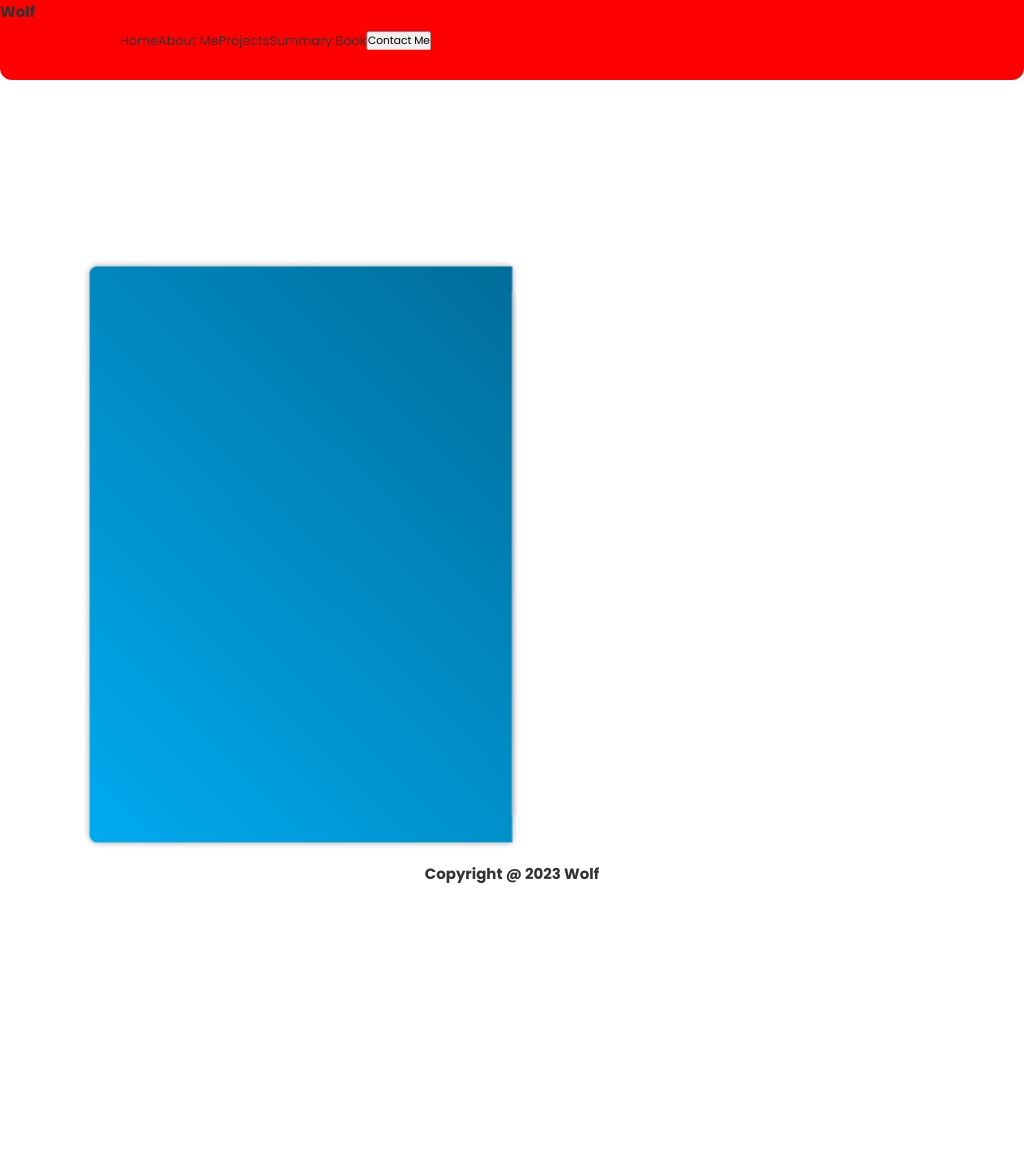
Repository: Ego-Wolf/Portfolio
Page: index.html
These files come from the project's save history. The page is drawn as it stood at one moment and after the next save; the edit follows.
The browser window is 1280 px wide. The pictures show the whole page, at 80% of full size.
Pictures or frames that could not be fetched are drawn as grey boxes.

Above is the page before, as saved 2023-12-14 16:47:33.

### index.html
<!DOCTYPE html>
<html lang="en">
<head>
    <meta charset="UTF-8">
    <meta name="viewport" content="width=device-width, initial-scale=1.0">
    <title>3D Portfolio Websites</title>
    <link rel="stylesheet" href="./style.css">
    <!-- Box icons -->
    <link href='https://unpkg.com/boxicons@2.1.4/css/boxicons.min.css' rel='stylesheet'>
    <!-- Google Font -->
    <link rel="preconnect" href="https://fonts.googleapis.com">
    <link rel="preconnect" href="https://fonts.gstatic.com" crossorigin>
    <link href="https://fonts.googleapis.com/css2?family=Josefin+Sans:wght@300;400;500;600;700&family=Poppins:wght@300;400;500;600;700;800;900&display=swap" rel="stylesheet">

</head>
<body>
    <div class="section">
        <!-- Header -->
        <div class="header">
            <img src="" alt=""><h3>Wolf</h3>
            <ul>
                <li>Home</li>
                <li>About Me</li>
                <li>Projects</li>
                <li>Summary Book</li>
                <li><button>Contact Me</button></li>
            </ul>
        </div>

        <!-- Book section -->
        <div class="wrapper">
            <div class="cover cover-left"></div>
            <div class="cover cover-right"></div>

            <div class="book">
                <!-- Profile page -->
                <div class="book-page page-left">
                    <div class="profile-page">
                        <img src="./assets/character-1.jpg" alt="Sorry about the our services">
                        <h1>Steve Victor</h1>
                        <h3>Web Developer</h3>

                        <div class="social-media">
                            <a href="#"><i class='bx bxl-facebook'></i></a>
                            <a href="#"><i class='bx bxl-twitter' ></i></a>
                            <a href="#"><i class='bx bxl-linkedin' ></i></a>
                            <a href="#"><i class='bx bxl-instagram-alt'></i></a>
                        </div>

                        <p>Hi, I'm Steve Victor, a Web Developer. Lorem, ipsum dolor sit amet consectetur adipisicing elit. Quae quibusdam asperiores, voluptas magnam enim amet officiis aut quis recusandae illum possimus delectus mollitia id sed atque, harum et sunt architecto.</p>

                        <div class="btn-box">
                            <a href="#" class="btn">Download CV</a>
                            <a href="#" class="btn contact-me">Contact Me</a>
                        </div>
                    </div>
                </div>

                <!-- Page 1 & 2 -->
                <div class="book-page page-right turn" id="turn-1">
                    <!-- Page 1 (work experience) -->
                    <div class="page-front">
                        <h1 class="title">Work Experience</h1>
                        <div class="work-education-box">
                            <div class="work-education-content">
                                <span class="year"><i class='bx bxs-calendar'></i>2020 - 2021</span>
                                <h3>Web Developer - Company</h3>
                                <p>Lorem ipsum dolor sit amet consectetur adipisicing elit. Consequatur a delectus similique dolore, laudantium, autem iure aspernatur ratione error!</p>
                            </div>

                            <div class="work-education-content">
                                <span class="year"><i class='bx bxs-calendar'></i>2020 - 2021</span>
                                <h3>Web Developer - Company</h3>
                                <p>Lorem aspernatur ratione error consequuntur veniam tenetur ipsum in nemo repellat eveniet fugit eius vel!</p>
                            </div>

                            <div class="work-education-content">
                                <span class="year"><i class='bx bxs-calendar'></i>2020 - 2021</span>
                                <h3>Web Developer - Company</h3>
                                <p>Lorem ipsum dolor sit amet consectetur adipisicing elit. Consequatur a delectus similique dolore, laudantium, autem iure aspernatur ratione error consequuntur veniam tenetur ipsum in nemo repellat eveniet fugit eius vel!</p>
                            </div>
                        </div>

                        <span class="number-page">1</span>
                        <!-- Next button -->
                        <div class="nextprev-btn" data-page="turn-1">
                            <i class='bx bx-chevron-right'></i>
                        </div>
                    </div>

                    <!-- Page 2 (education) -->
                    <div class="page-back">
                        <h1 class="title">Education</h1>
                        <div class="work-education-box">
                            <div class="work-education-content">
                                <span class="year"><i class='bx bxs-calendar'></i>2020 - 2021</span>
                                <h3>Web Developer - Company</h3>
                                <p>Lorem ipsum dolor sit amet consectetur adipisicing elit. Consequatur a delectus similique dolore, laudantium, autem iure aspernatur ratione error!</p>
                            </div>

                            <div class="work-education-content">
                                <span class="year"><i class='bx bxs-calendar'></i>2020 - 2021</span>
                                <h3>Web Developer - Company</h3>
                                <p>Lorem aspernatur ratione error consequuntur veniam tenetur ipsum in nemo repellat eveniet fugit eius vel!</p>
                            </div>

                            <div class="work-education-content">
                                <span class="year"><i class='bx bxs-calendar'></i>2020 - 2021</span>
                                <h3>Web Developer - Company</h3>
                                <p>Lorem ipsum dolor sit amet consectetur adipisicing elit. Consequatur a delectus similique dolore, laudantium, autem iure aspernatur ratione error consequuntur veniam tenetur ipsum in nemo repellat eveniet fugit eius vel!</p>
                            </div>
                        </div>

                        <span class="number-page">2</span>
                        <!-- Prev button -->
                        <div class="nextprev-btn back" data-page="turn-1">
                            <i class='bx bx-chevron-left'></i>
                        </div>
                    </div>
                </div>

                <!-- Page 3 & 4 -->
                <div class="book-page page-right turn" id="turn-2">
                    <!-- Page 3 (my services) -->
                    <div class="page-front">
                        <h1 class="title">My Services</h1>
                        <div class="services-box">
                            <div class="services-content">
                                <i class='bx bx-code-alt' ></i>
                                <h3>Web Development</h3>
                                <p>Lorem ipsum dolor, sit amet consectetur adipisicing elit.</p>
                                <a href="#" class="btn">Read More</a>
                            </div>

                            <div class="services-content">
                                <i class='bx bxs-paint' ></i>
                                <h3>Creative Design</h3>
                                <p>Lorem ipsum dolor, sit amet consectetur adipisicing elit.</p>
                                <a href="#" class="btn">Read More</a>
                            </div>

                            <div class="services-content">
                                <i class='bx bx-bar-chart-alt'></i>
                                <h3>Digital Marketing</h3>
                                <p>Lorem ipsum dolor, sit amet consectetur adipisicing elit.</p>
                                <a href="#" class="btn">Read More</a>
                            </div>

                            <div class="services-content">
                                <i class='bx bx-search' ></i>
                                <h3>SEO</h3>
                                <p>Lorem ipsum dolor, sit amet consectetur adipisicing elit.</p>
                                <a href="#" class="btn">Read More</a>
                            </div>
                        </div>

                        <span class="number-page">3</span>
                        <!-- Next button -->
                        <div class="nextprev-btn" data-page="turn-2">
                            <i class='bx bx-chevron-right'></i>
                        </div>

                    </div>
                    <!-- Page 4 (my skills) -->
                    <div class="page-back">
                        <h1 class="title">My skills</h1>
                        <div class="skills-box">
                            <div class="skills-content">
                                <h3>Front-End</h3>
                                <div class="content">
                                    <span><i class='bx bxl-html5' ></i>HTML</span>
                                    <span><i class='bx bxl-css3' ></i>CSS</span>
                                    <span><i class='bx bxl-javascript' ></i>JS</span>
                                    <span><i class='bx bxl-react' ></i>React</span>
                                    <span><i class='bx bxl-angular' ></i>Angular</span>
                                    <span><i class='bx bxl-bootstrap' ></i>Boostrap</span>
                                    <span><i class='bx bxl-tailwind-css' ></i>Tailwind</span>
                                </div>
                            </div>
                            <div class="skills-content">
                                <h3>Back-End</h3>
                                <div class="content">
                                    <span><i class='bx bxl-nodejs' ></i>Node</span>
                                    <span><i class='bx bxl-java' ></i>Java</span>
                                </div>
                            </div>
                            <div class="skills-content">
                                <h3>UI/UX Design</h3>
                                <div class="content">
                                    <span><i class='bx bxl-figma' ></i>Figma</span>
                                </div>
                            </div>
                        </div>

                        <span class="number-page">4</span>
                        <!-- Prev button -->
                        <div class="nextprev-btn back" data-page="turn-2">
                            <i class='bx bx-chevron-left'></i>
                        </div>
                    </div>
                </div>

                <!-- Page 5 & 6 -->
                <div class="book-page page-right turn" id="turn-3">
                    <!-- Page 5 (latest project or my portfolio) -->
                    <div class="page-front">
                        <h1 class="title">Latest Project</h1>

                        <div class="portfolio-box">
                            <div class="img-box">
                                <!-- <img src="./assets/character-2.jpg" alt="">  -->
                                <iframe width="720" height="405" src="https://www.youtube.com/embed/zrBVFGlnyA8" title="3D Portfolio Website | HTML CSS &amp; Javascript" frameborder="0" allow="accelerometer; autoplay; clipboard-write; encrypted-media; gyroscope; picture-in-picture; web-share" allowfullscreen></iframe>
                            </div>

                            <div class="info-box">
                                <div class="info-title">
                                    <h3>Project Name</h3>
                                    <a href="#">Live Preview<i class='bx bx-link-external' ></i></a>
                                </div>
                                <p>Tech Used:</p>
                                <p>Lorem ipsum dolor sit amet consectetur adipisicing elit. Fugit, laboriosam.</p>
                            </div>

                            <div class="btn-box">
                                <a href="#" class="btn">Source Code</a>
                                <a href="#" class="btn">More Projects</a>
                            </div>
                        </div>

                        <span class="number-page">5</span>
                        <!-- Next button -->
                        <div class="nextprev-btn" data-page="turn-3">
                            <i class='bx bx-chevron-right'></i>
                        </div>
                    </div>

                    <!-- Page 6 (contac me) -->
                    <div class="page-back">
                        <h1 class="title">Contact Me!</h1>

                        <div class="contact-box">
                            <form action="#">
                                <input type="text" class="field" placeholder="Full Name" required>
                                <input type="email" class="field" placeholder="Email Address" required>
                                <textarea name="" id="" cols="30" rows="10" class="field" placeholder="Your Message" required></textarea>
                                <input type="submit" class="btn" value="Send Message">
                            </form>
                        </div>

                        <span class="number-page">6</span>
                        <!-- Prev button -->
                        <div class="nextprev-btn back" data-page="turn-3">
                            <i class='bx bx-chevron-left'></i>
                        </div>

                        <a href="#" class="back-profile">
                            <p>Profile</p>
                            <i class='bx bxs-user'></i>
                        </a>
                    </div>
                </div>

                <!-- Page 7 -->
                <!-- <div class="book-page page-right turn" id="turn-3">
                    <img src="./assets/wolf-book.png" alt="">
                </div> -->
            </div>
        </div><br>

        <!-- Footer -->
        <div class="footer">
            <h3>Copyright @ 2023 Wolf</h3>
        </div>
    </div>


    <script src="./script.js"></script>
</body>
</html>

Loaded but not shown: style.css (542 lines, source omitted); script.js (no copy from this time; the picture is the same without it)

After the next save:
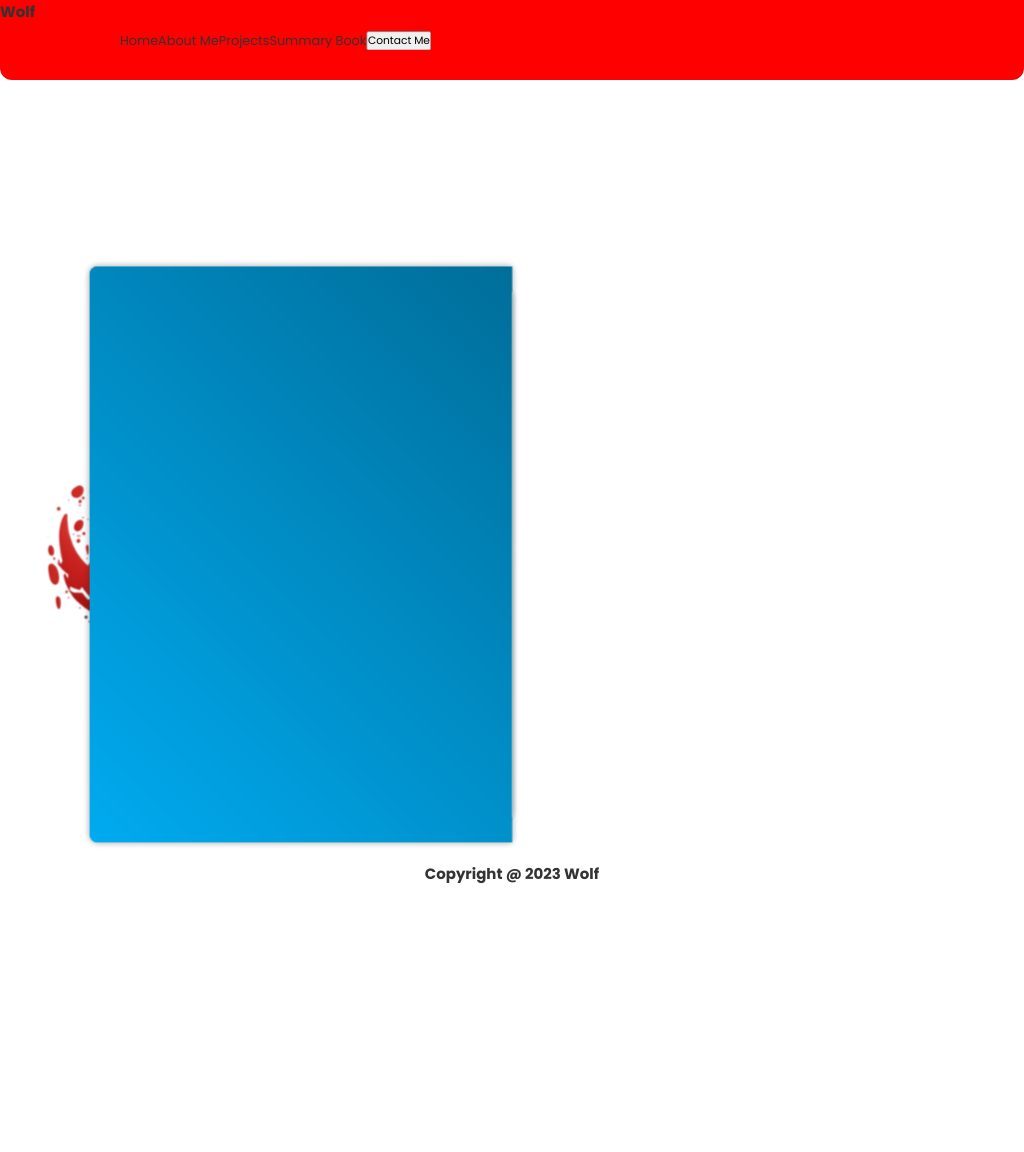
Saved 20 s later.
--- a/index.html
+++ b/index.html
@@ -261,9 +261,9 @@
                 </div>
 
                 <!-- Page 7 -->
-                <!-- <div class="book-page page-right turn" id="turn-3">
+                <div class="book-page page-right turn" id="turn-3">
                     <img src="./assets/wolf-book.png" alt="">
-                </div> -->
+                </div>
             </div>
         </div><br>
 

After the 3 saves that followed:
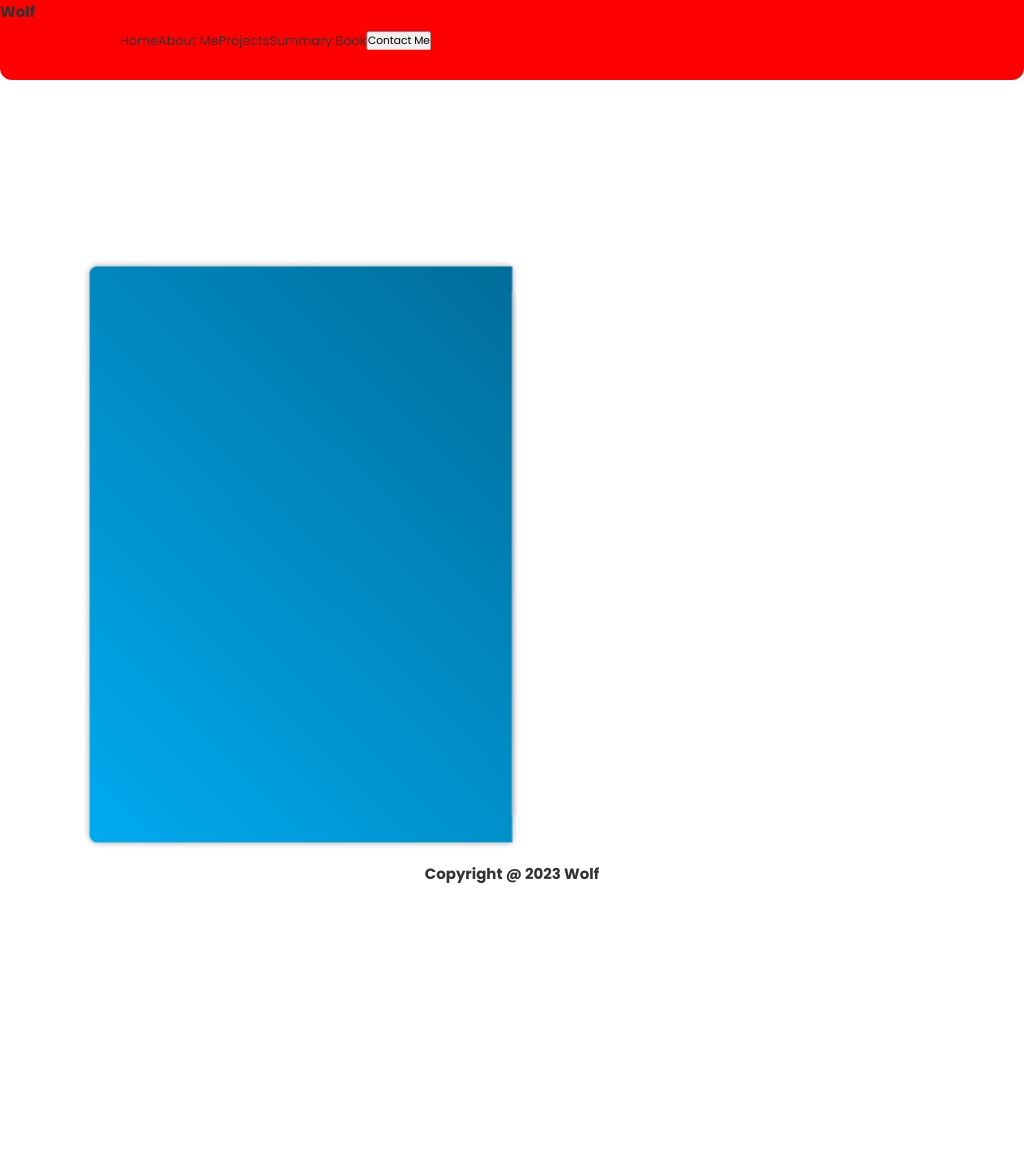
The 3 saves are shown as one change because 2 left the picture as it was.
The last was saved 43 s later.
--- a/index.html
+++ b/index.html
@@ -261,9 +261,9 @@
                 </div>
 
                 <!-- Page 7 -->
-                <div class="book-page page-right turn" id="turn-3">
+                <!-- <div class="book-page page-right turn" id="turn-3">
                     <img src="./assets/wolf-book.png" alt="">
-                </div>
+                </div> -->
             </div>
         </div><br>
 
